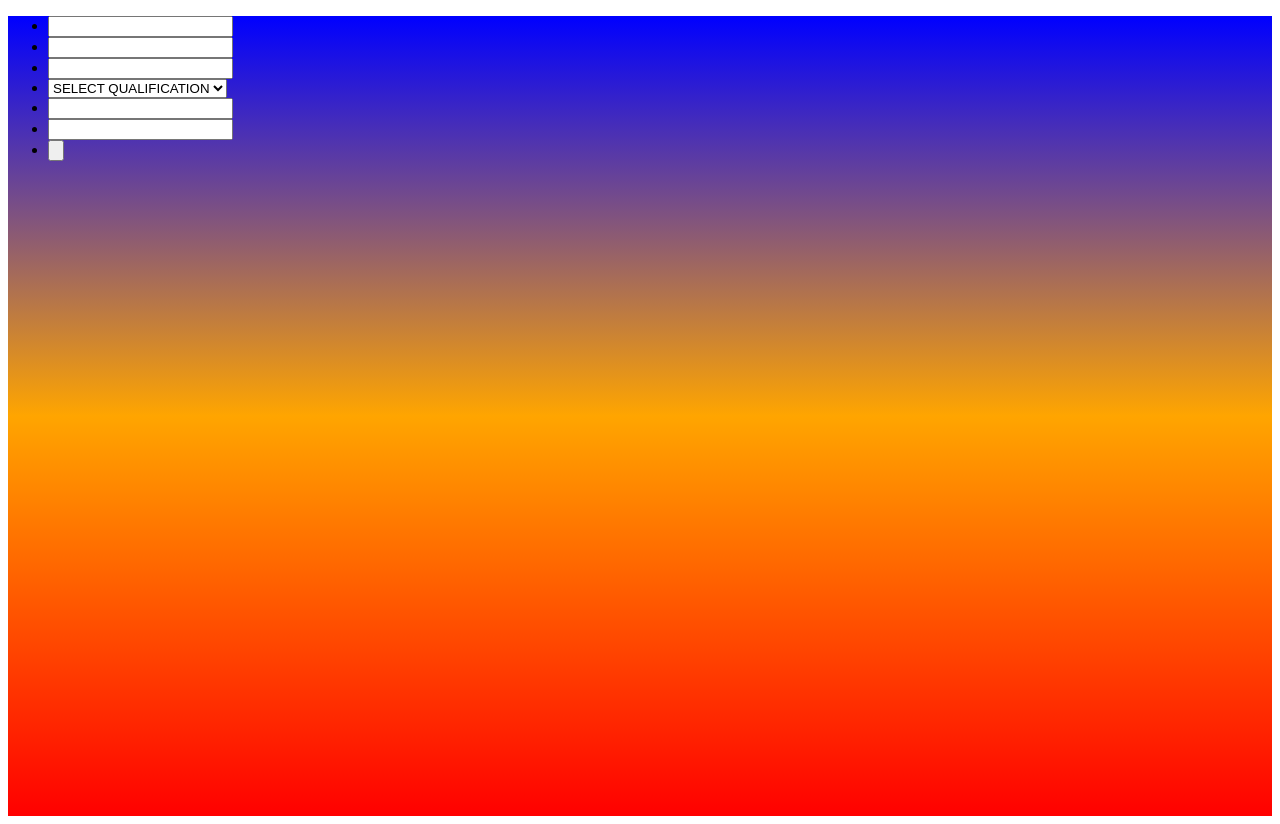
Repository: vaibhaokamble/MY_INSTITUTE_PUNE
Page: SERVLET/RegistrationApplication/src/main/webapp/register.html
The author's editor kept a copy of each file at every save. The page is drawn from the files as they stood at one save, then again after the next save.
The browser window is 1280 px wide. The pictures show the whole page.

Above is the page before, as saved 2022-10-18 04:23:24.

### SERVLET/RegistrationApplication/src/main/webapp/register.html
<!DOCTYPE html>
<html>
<head>
<meta charset="UTF-8">
<title>Insert title here</title>
<link rel="stylesheet" href="css/style.css"/>
</head>
<body>
<div class="container">
<ul>
	<li> <input type='text' name='name' value=''/></li>
	<li> <input type='text' name='email' value=''/></li>
	<li> <input type='text' name='contact' value=''/></li>
	<li> <select name='qual'>
		<option> SELECT QUALIFICATION </option>
		<option> MCA</option>
		<option>B.SC</option>
		<option>12TH</option>
		<option>10TH</option>
	</select></li>
	<li><input type='text' name='username' value=''/></li>
	<li><input type='text' name='password' value=''/></li>
	<li><input type='submit' name='s' value=''/></li>

</ul>
</div>
</body>
</html>

### SERVLET/RegistrationApplication/src/main/webapp/css/style.css
@charset "UTF-8";

.container{
	width:100%;
	height:800px;
	background-image:linear-gradient(blue,orange,red);
	}

After the next save:
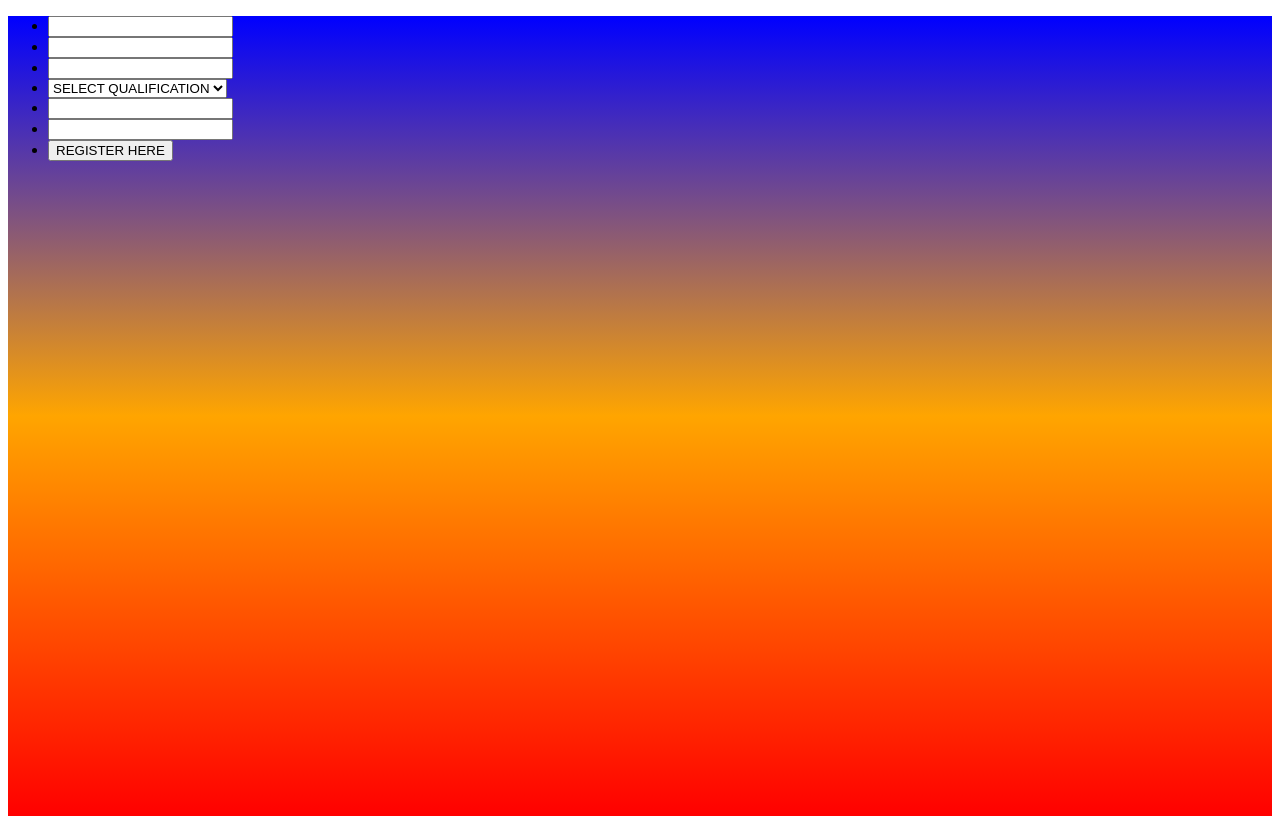
Saved 25 s later.
--- a/SERVLET/RegistrationApplication/src/main/webapp/register.html
+++ b/SERVLET/RegistrationApplication/src/main/webapp/register.html
@@ -20,7 +20,7 @@
 	</select></li>
 	<li><input type='text' name='username' value=''/></li>
 	<li><input type='text' name='password' value=''/></li>
-	<li><input type='submit' name='s' value=''/></li>
+	<li><input type='submit' name='s' value='REGISTER HERE'/></li>
 
 </ul>
 </div>
